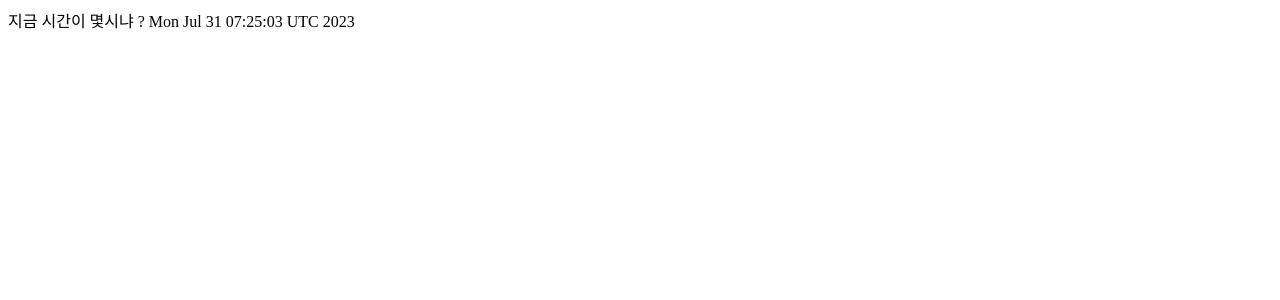
Repository: ainokks071/ServletJSP
Page: http://localhost/WEB/time.jsp
These files come from the project's save history. The page is drawn as it stood at one moment and after the next save; the edit follows.
The browser window is 1280 px wide. The pictures show the whole page.
The page is served by Tomcat 9. Other server files are loaded and not shown.

Above is the page before, as saved 2023-07-31 08:16:56.

### WEB/webapp/time.jsp
<!-- JSP(Java Server Page) = Java코드영역(프로그래밍) + HTML영역(View) -->

<%-- <%@ 지시자 %> --%>
<%@ page language="java" contentType="text/html; charset=UTF-8"
    pageEncoding="UTF-8"%>
<%@ page import="java.util.Date" %>

<%-- <% 스크립틀릿 %> --%>
<% Date d = new Date(); %>


<!DOCTYPE html>
<html>
<head>
<meta charset="UTF-8">
<title>Insert title here</title>
</head>


<body>
지금 시간이 몇시냐 ?

<%-- <%= 출력식 %> --%>
<%= d.toString() %>

</body>
</html>

After the next save:
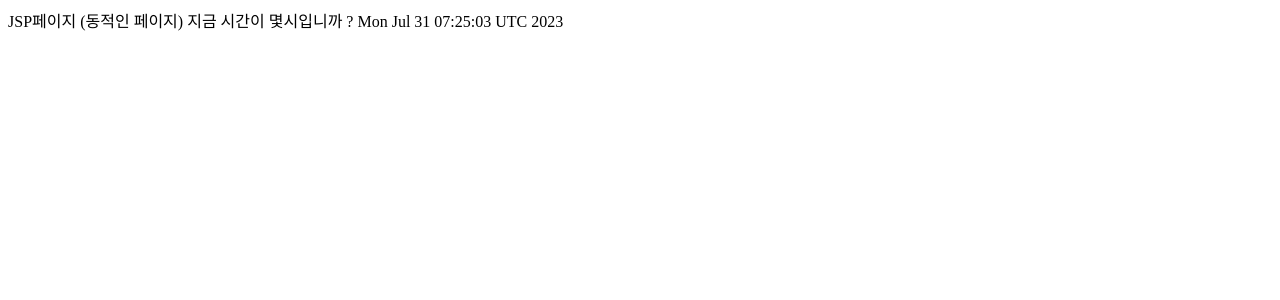
Saved 17 s later.
--- a/WEB/webapp/time.jsp
+++ b/WEB/webapp/time.jsp
@@ -18,7 +18,8 @@
 
 
 <body>
-지금 시간이 몇시냐 ?
+JSP페이지 (동적인 페이지)
+지금 시간이 몇시입니까 ?
 
 <%-- <%= 출력식 %> --%>
 <%= d.toString() %>
